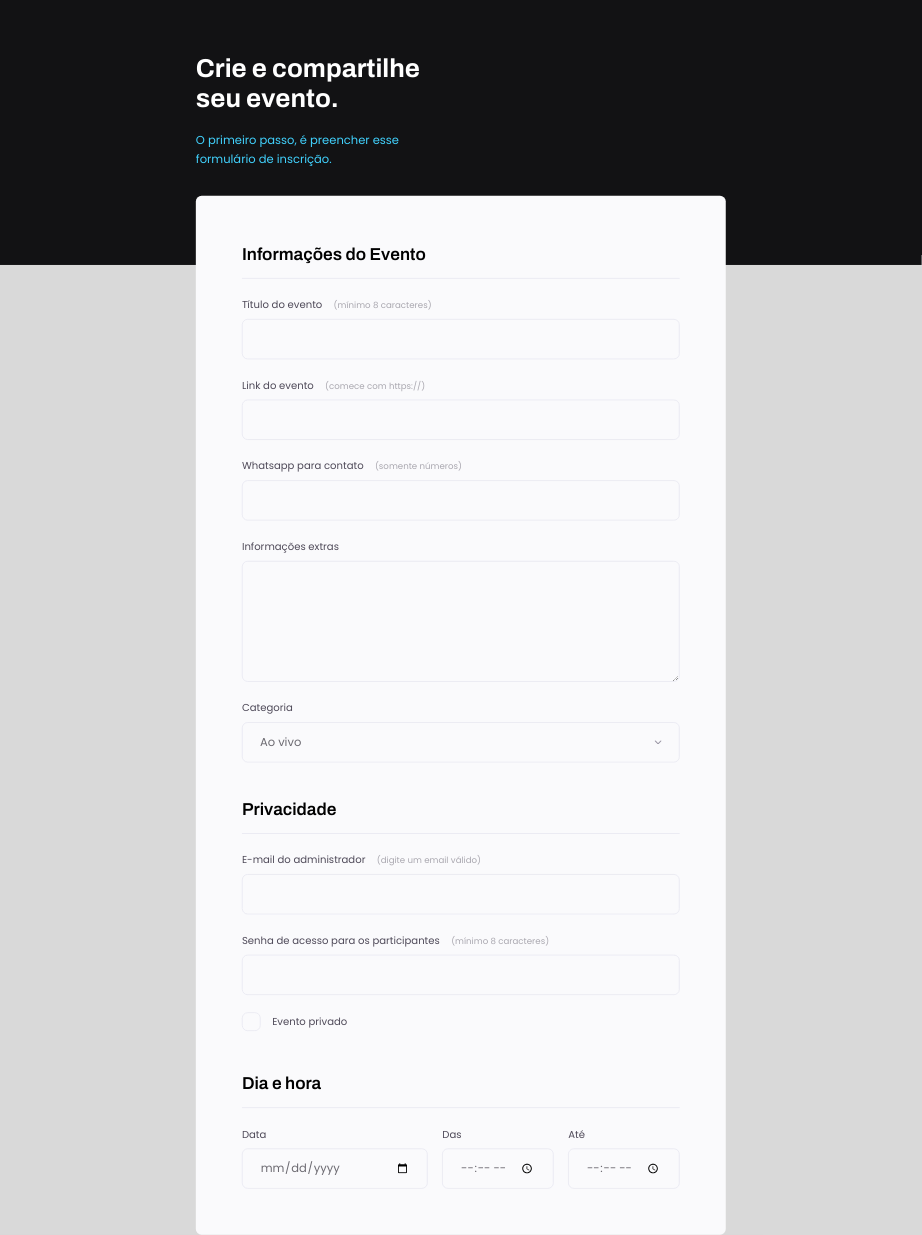
Repository: devMuriloOliveira/Formulario
Page: index.html
The author's editor kept a copy of each file at every save. The page is drawn from the files as they stood at one save, then again after the next save.
The browser window is 1280 px wide. The pictures show the whole page, at 72% of full size.

Above is the page before, as saved 2023-11-03 19:10:49.

### index.html
<!DOCTYPE html>
<html lang="en">
  <head>
    <link rel="preconnect" href="https://fonts.googleapis.com" />
    <link rel="preconnect" href="https://fonts.gstatic.com" crossorigin />
    <meta charset="UTF-8" />
    <meta name="viewport" content="width=device-width, initial-scale=1.0" />
    <title>Crie seu evento</title>
    <link rel="stylesheet" href="style.css" />

    <link
      href="https://fonts.googleapis.com/css2?family=Archivo:wght@600;700&family=Poppins&display=swap"
      rel="stylesheet"
    />
  </head>
  <body>
    <div class="page">
      <header>
        <h1>Crie e compartilhe seu evento.</h1>
        <p>O primeiro passo, é preencher esse formulário de inscrição.</p>
      </header>

      <form>
        <fieldset>
          <div class="fieldset-wrapper">
            <legend>Informações do Evento</legend>

            <div class="input-wrapper">
              <label for="event-title">
                Título do evento <span>(mínimo 8 caracteres)</span>
              </label>
              <input type="text" id="event-title" />
            </div>

            <div class="input-wrapper">
              <label for="event-link">
                Link do evento <span>(comece com https://)</span>
              </label>
              <input type="url" id="event-link" />
            </div>

            <div class="input-wrapper">
              <label for="event-whatsapp">
                Whatsapp para contato <span>(somente números)</span>
              </label>
              <input type="number" id="event-whatsapp" />
            </div>

            <div class="input-wrapper">
              <label for="event-info">Informações extras</label>
              <textarea id="event-info"></textarea>
            </div>

            <div class="input-wrapper">
              <label for="event-category"> Categoria </label>
              <select id="event-category">
                <option value="live">Ao vivo</option>
                <option value="podcast">Podcast</option>
                <option value="mentorship">Mentoria</option>
              </select>
            </div>
          </div>
        </fieldset>

        <fieldset>
          <div class="fieldset-wrapper">
            <legend>Privacidade</legend>

            <div class="input-wrapper">
              <label for="event-email">
                E-mail do administrador <span>(digite um email válido)</span>
              </label>
              <input type="email" id="event-email" />
            </div>

            <div class="input-wrapper">
              <label for="event-password">
                Senha de acesso para os participantes
                <span>(mínimo 8 caracteres)</span>
              </label>
              <input type="password" id="event-password" />
            </div>

            <div class="checkbox-wrapper">
              <input type="checkbox" id="event-private" />
              <label for="event-private">Evento privado</label>
            </div>
          </div>
        </fieldset>

        <fieldset>
          <div class="fieldset-wrapper">
            <legend>Dia e hora</legend>

            <div class="col-3">
              <div class="input-wrapper">
                <label for="event-date"> Data </label>
                <input type="date" id="event-date" />
              </div>

              <div class="input-wrapper">
                <label for="event-begin"> Das </label>
                <input type="time" id="event-begin" />
              </div>

              <div class="input-wrapper">
                <label for="event-end"> Até </label>
                <input type="time" id="event-end" />
              </div>
            </div>
          </div>
        </fieldset>
      </form>
    </div>
  </body>
</html>

### style.css
*{
  padding: 0;
  margin: 0;
  box-sizing: border-box;
}

body, input, button, select, textarea{
  font-family: 'Poppins', sans-serif;
}

body{
  background-color: #D9D9D9;
}

body::before{
  content: '';
  width: 100%;
  height: 368px;

  position: absolute;
  top: 0;
  left: 0;
  z-index: -1;
  background: #121214;
}

.page{
  width: 736px;
  margin: auto;
}

header{
  width: 319px;
  margin-top: 74px;

}

header h1{
  font-family: 'Archivo', sans-serif;
  font-weight: bold;

  font-size: 36px;
  line-height: 42px;
  color: white;

  margin-bottom: 24px;
}

header p{
  color: #42D3FF;
  font-size: 16px;
  line-height: 26px;
}

form{
  margin-top: 38px;
  background: #FAFAFC;

  border-radius: 8px;
  min-height: 300px;

  padding: 64px;

  display: flex;
  flex-direction: column;
  gap: 48px;
}

fieldset{
  border: none;
}

.fieldset-wrapper{
  display: flex;
  flex-direction: column;
  gap: 24px;
}


fieldset legend{
  font-family: 'Archivo';
  font-weight: 600;
  font-size: 24px;
  line-height: 34px;

  width: 100%;
  border-bottom: 1px solid #E6E6F0;

  padding-bottom: 16px;
}

.input-wrapper{
  display: flex;
  flex-direction: column;
}

.input-wrapper label,
.checkbox-wrapper{
  font-size: 14px;
  line-height: 24px;

  color: #4E4958;
  margin-bottom: 8px;
}

.input-wrapper label span{
  margin-left: 12px;

  line-height: 20px;
  font-size: 12px;
  color: #a9a7af;
}

.input-wrapper label span:hover{
  color: #6c6a71;
}

 .input-wrapper input,
 .input-wrapper textarea,
 .input-wrapper select{
  background: #FAFAFC;

  border: 1px solid #E6E6F0;
  border-radius: 8px;
  height: 56px;

  padding: 0 24px;
  font-size: 16px;

  line-height: 26px;

  color: #6C6A71;
}

.input-wrapper textarea{
 padding: 0;
 height: 168px;


}

.input-wrapper select{
  appearance: none;
  background-image: url("data:[embedded picture, 242 characters]");
  background-repeat: no-repeat;
  background-position: right 24px top 50%;
}

.col-3{
  display: flex;
  gap: 20px;
}

.col-3 > div:nth-child(1){
  width: 100%;
}

.checkbox-wrapper{
  position: relative;
}

.checkbox-wrapper label{
  display: flex;
  align-items: center;
  margin: 0;
  gap: 16px;
}

.checkbox-wrapper input{
  position: absolute;
  top: 0;
  left: 0;
  width: 24px;
  height: 24px;

  opacity: 0;
}

.checkbox-wrapper label::before{
  content: '';
  width: 24px;
  height: 24px;
  display: block;
  border: 1px solid #E6E6F0;
  border-radius: 8px;
}

.checkbox-wrapper input:checked + label::before{
  background-image: url("data:[embedded picture, 386 characters]");
}

.checkbox-wrapper input:focus + label::before{
  outline: 2px solid black;
}

After the next save:
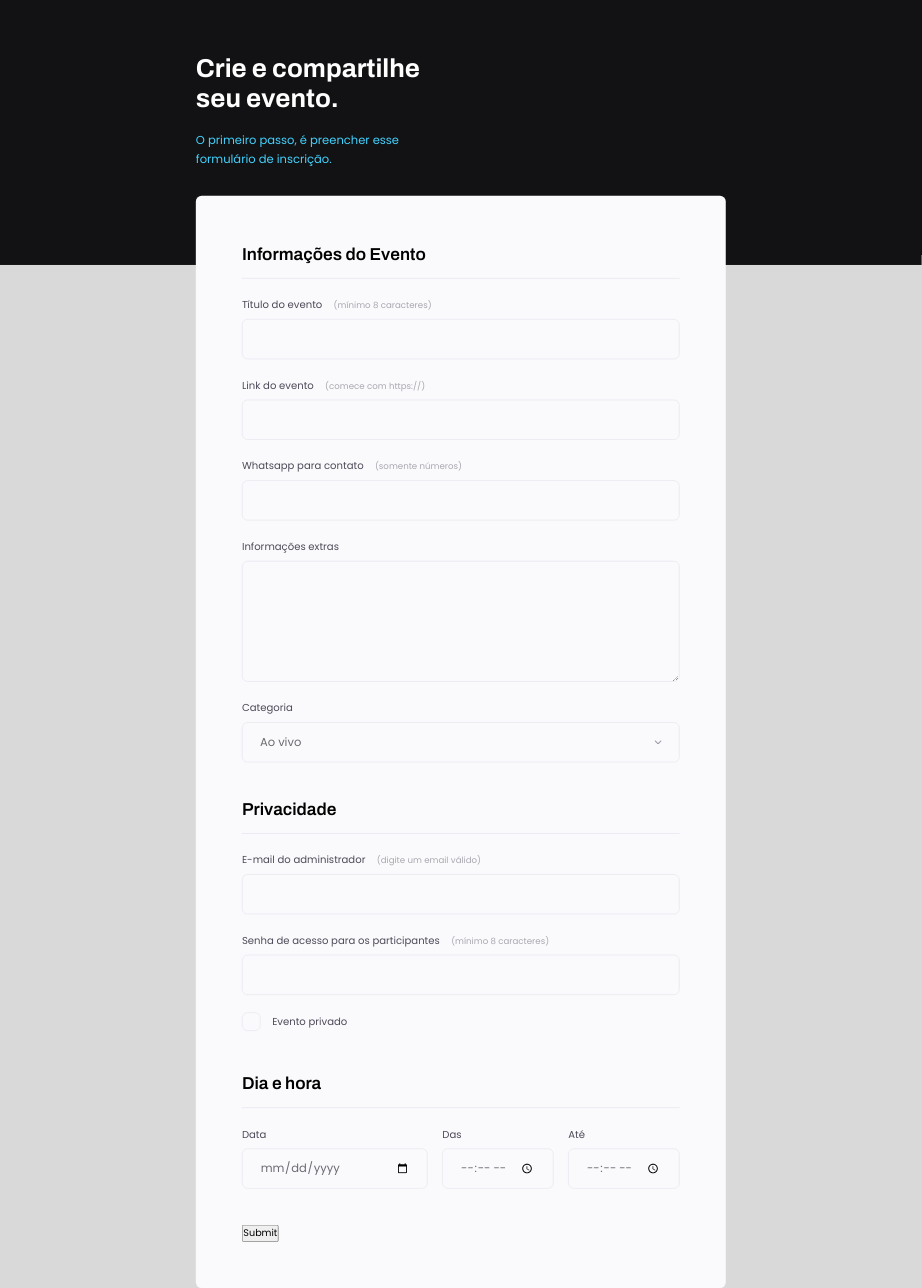
Saved 14 min 40 s later.
--- a/index.html
+++ b/index.html
@@ -110,6 +110,10 @@
             </div>
           </div>
         </fieldset>
+
+        <div class="form-buttons">
+          <input type="submit" />
+        </div>
       </form>
     </div>
   </body>
